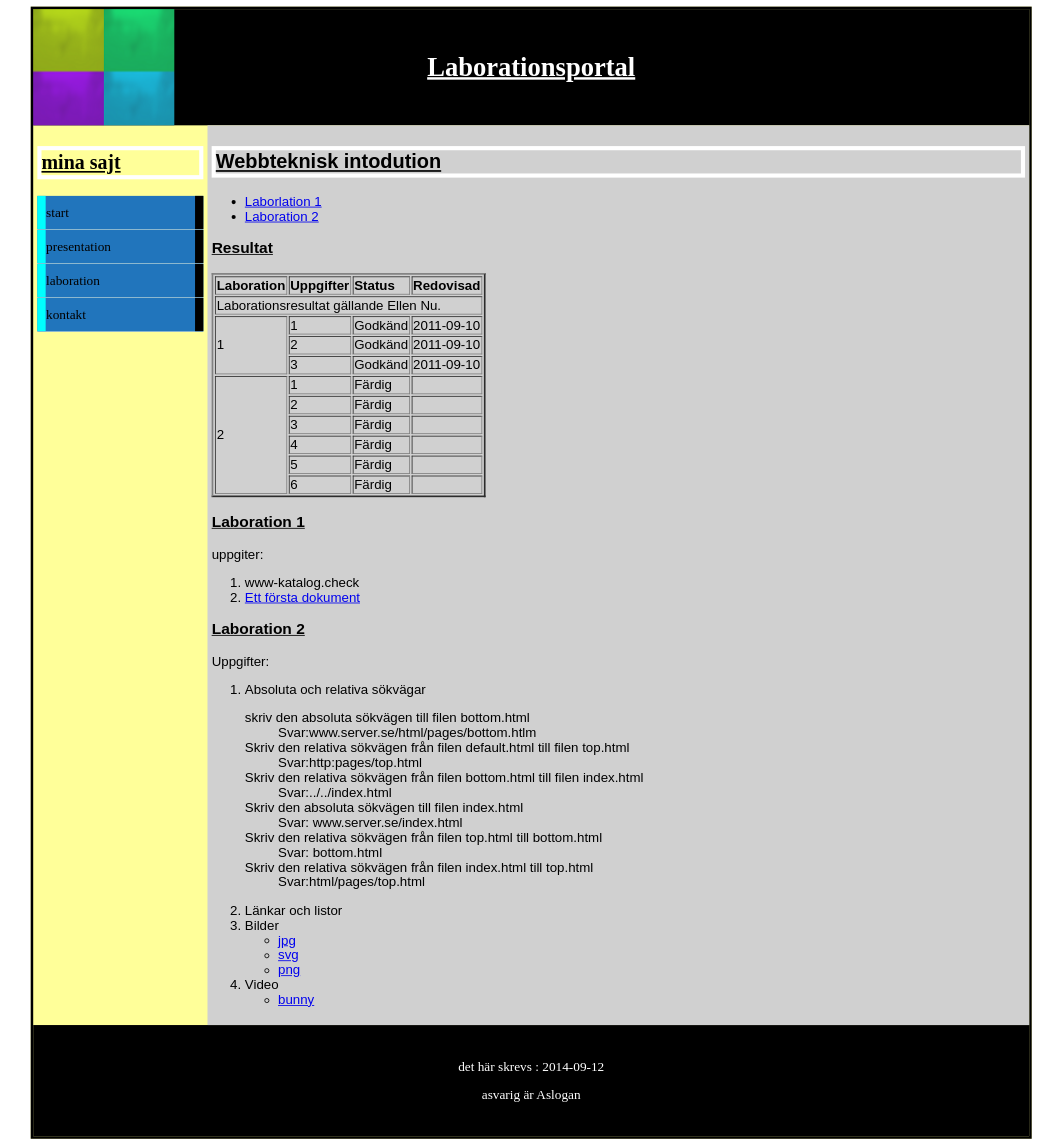
Repository: ar222rk/1IK415-ar222rk-Laboration
Page: pages/laboration.html
The author's editor kept a record of every edit. The page is drawn from the files as they stood at one moment, then again after the next edit.
The browser window is 1280 px wide. The pictures show the whole page, at 83% of full size.

Above is the page before.

After the next edit:
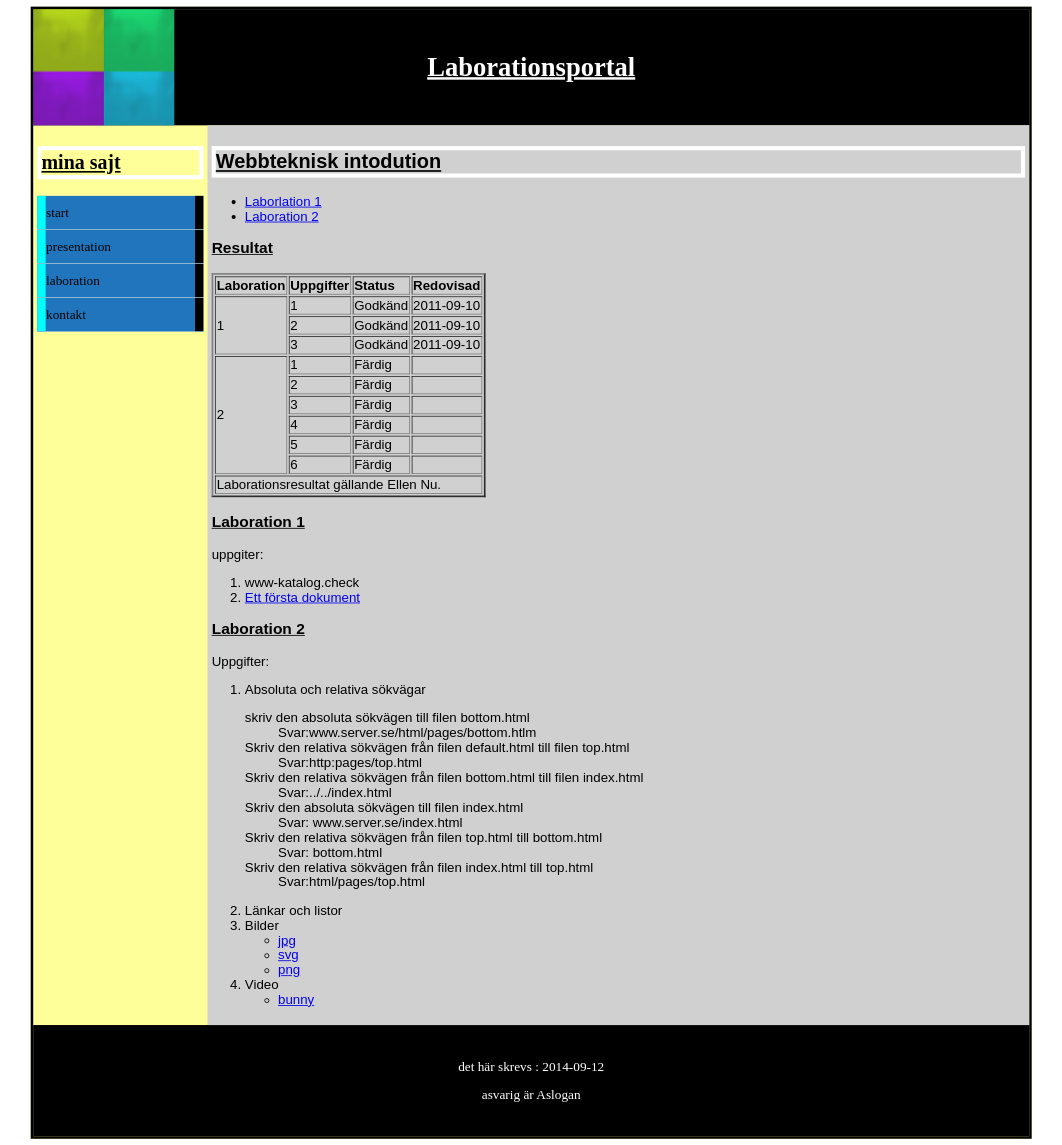
The edit:
--- a/pages/laboration.html
+++ b/pages/laboration.html
@@ -44,7 +44,7 @@
                      <td> <strong>Redovisad</strong></td>
                   </tr>
              </thead>
-             <tfoot>
+             <tbody>
                  <tr>
                      <td rowspan="3">1</td>
                      <td> 1</td>
